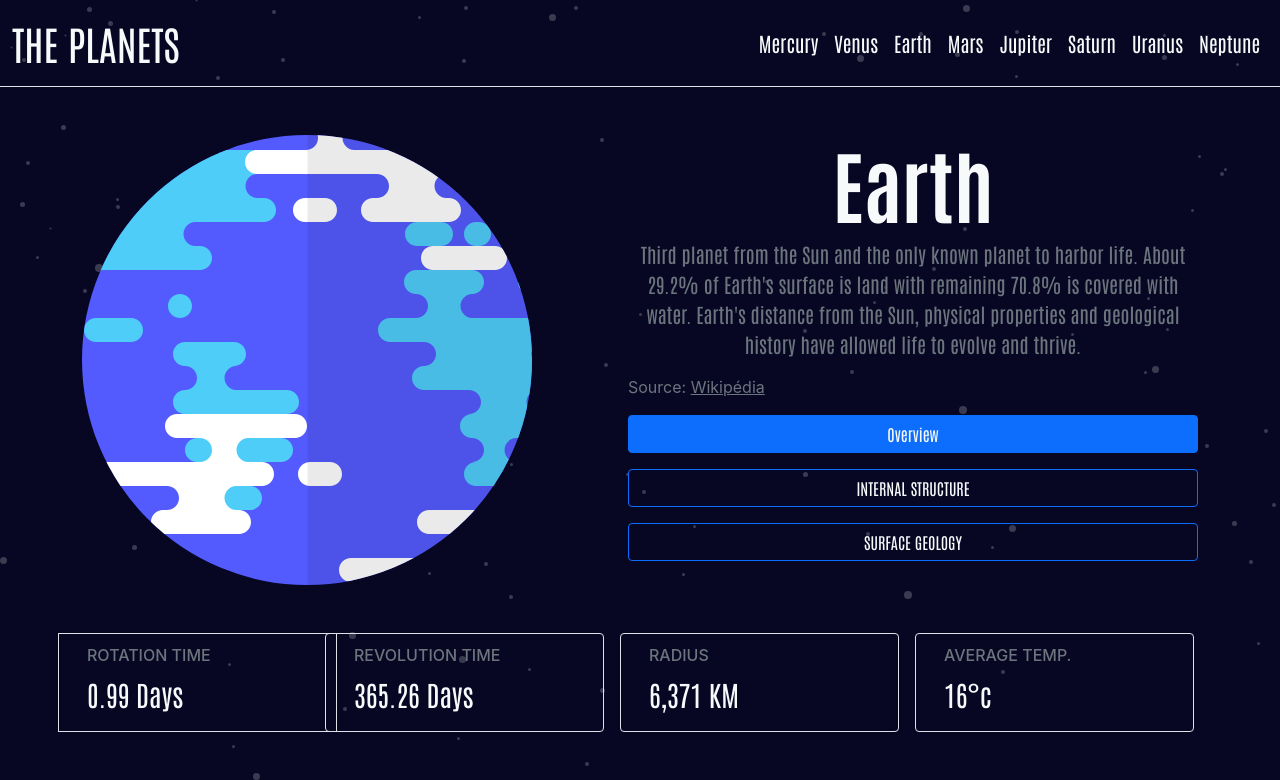
Repository: andre06x/the-planets
Page: /
These files come from the project's save history. The page is drawn as it stood at one moment and after the next save; the edit follows.
The browser window is 1280 px wide. The pictures show the whole page.
The project was rebuilt for these pictures with package versions that can differ from the ones it lists, and the page was loaded fresh each time.

Above is the page before, as saved 2021-10-19 16:39:33.

After the next save:
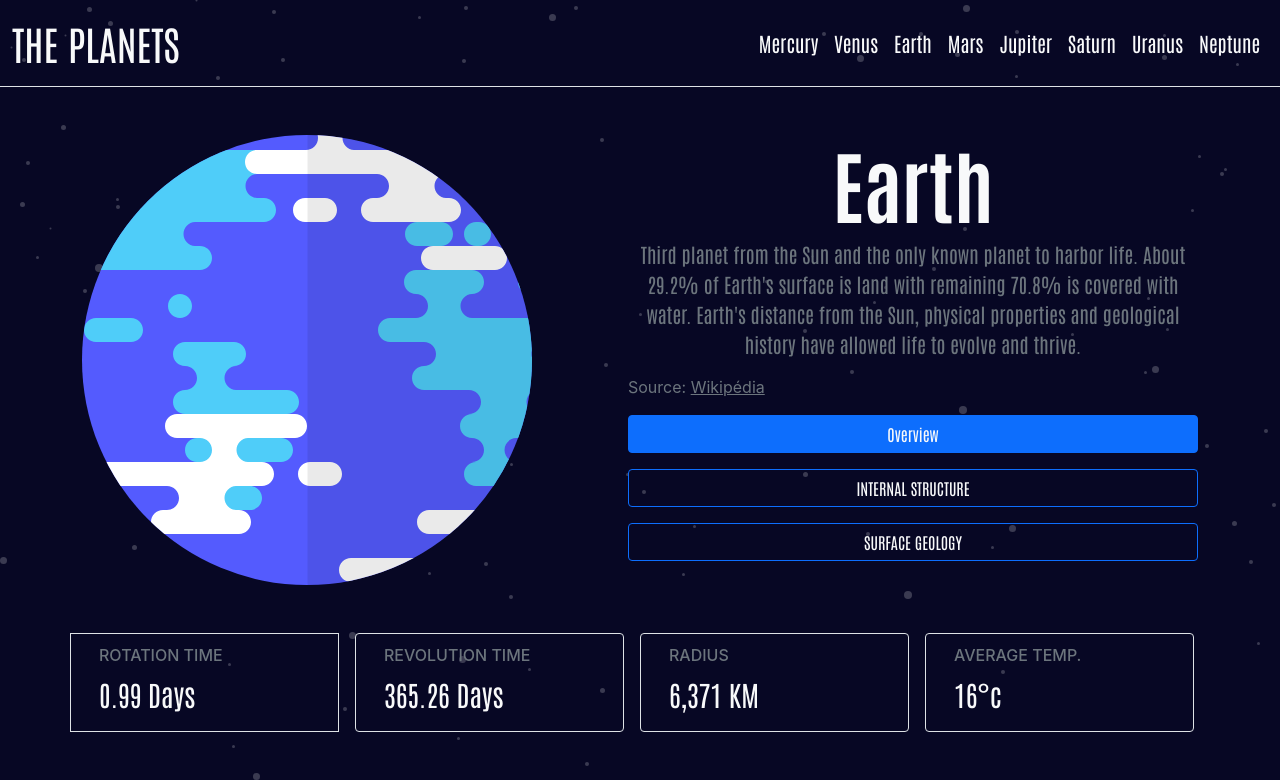
Saved 7 s later.
--- a/src/components/Container.js
+++ b/src/components/Container.js
@@ -80,7 +80,7 @@ const Container = () => {
         </div>
       </div>
       <div className="row mt-5 mb-5 flex-md-row flex-column">
-        <div class="col row bg-transparent border">
+        <div class="col d-flex me-3 bg-transparent border">
           <div class="card-body">
             <h6 class="card-subtitle mb-2 text-muted">
               ROTATION TIME
